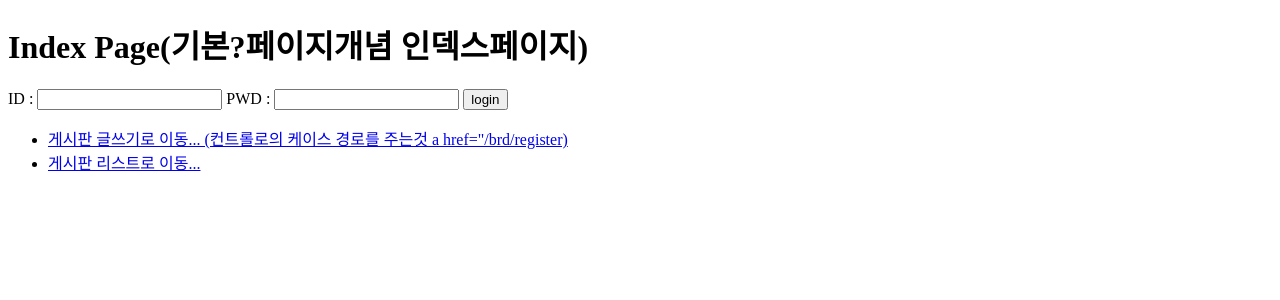
Repository: gatsby5959/_jsp_workspace_brd-mem_copy
Page: http://localhost/jsp_BoardMember/
The author's editor kept a copy of each file at every save. The page is drawn from the files as they stood at one save, then again after the next save.
The browser window is 1280 px wide. The pictures show the whole page.
The page is served by Tomcat 9.

Above is the page before, as saved 2023-09-08 07:51:02.

After the next save:
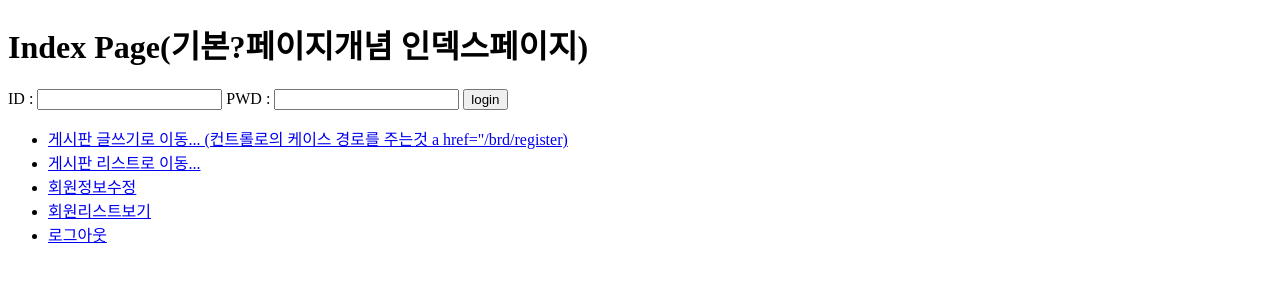
Saved 94 s later.
--- a/jsp_BoardMember/src/main/webapp/index.jsp
+++ b/jsp_BoardMember/src/main/webapp/index.jsp
@@ -23,6 +23,15 @@
 	<li>
 		<a href="/brd/list">게시판 리스트로 이동...</a>
 	</li>
+	<li>
+		<a href="#">회원정보수정</a>
+	</li>
+	<li>
+		<a href="#">회원리스트보기</a>
+	</li>
+	<li>
+		<a href="#">로그아웃</a>
+	</li>
 </ul>
 </body>
 </html>
